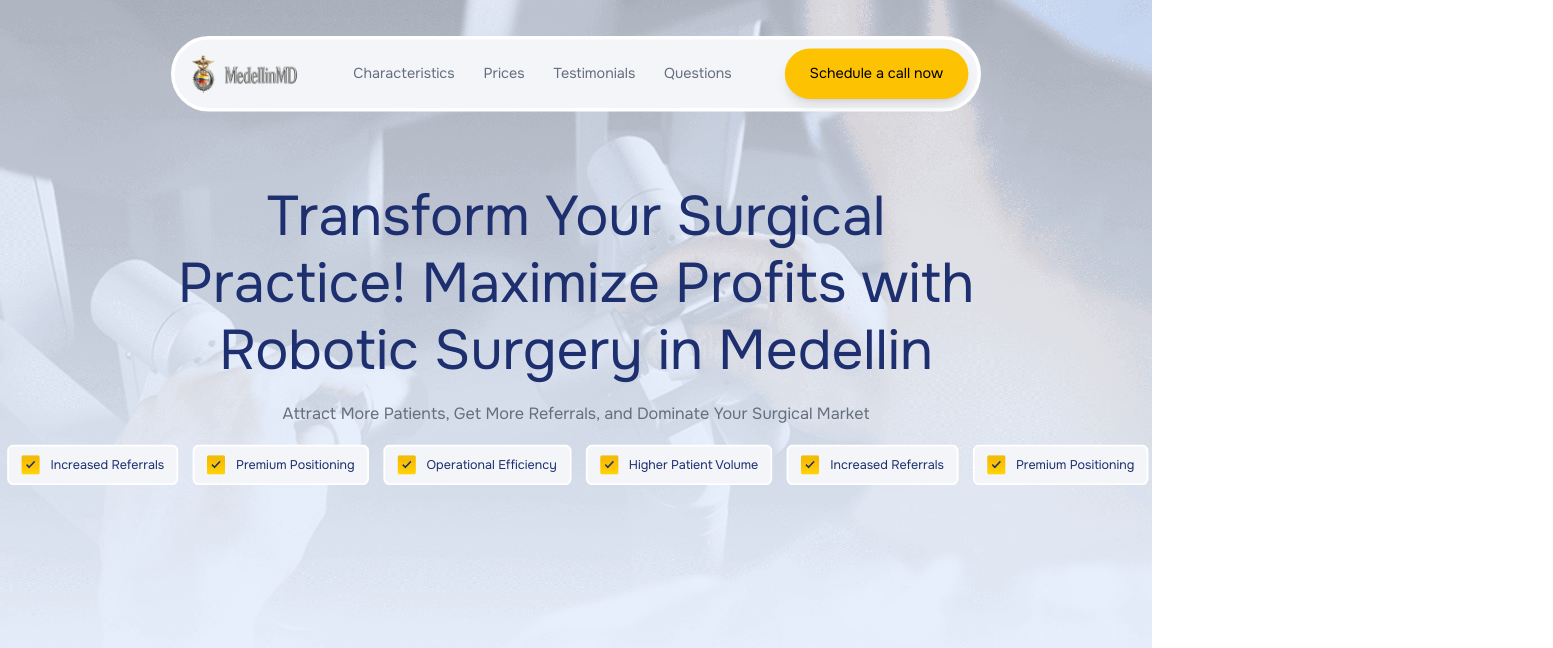
Repository: emmanueltech2019/cmd
Page: /home
An editor plug-in stored every save of this project. The page is shown before and after the next save, followed by the edit.
The browser window is 1280 px wide. The page is 1280 px wide, then 1725 px, so the pictures cover 1725 px, including what lies to the right of the window. The pictures show the whole page, at 90% of full size.
The project was rebuilt for these pictures with package versions that can differ from the ones it lists, and the page was loaded fresh each time. The framework's server and built-in components were replaced by stand-ins that run in the browser. Also part of the build but not shown: next.config.mjs.

Above is the page before, as saved 2025-05-15 16:37:15.

### src/app/home/page.jsx
import React from 'react'
import Image from 'next/image'
import medellinHero from '@/images/jpg/medellinHero.jpg'
import medellinLogo from '@/images/png/medellinLogo.png'
import medellinCheck from '@/images/png/medellinCheck.png'
import SlideView from '../components/SlideView'
import Button from '../components/Button'

const page = () => {
    const slideViewData = [
        { id: 1, text: 'Increased Referrals', image: medellinCheck },
        { id: 2, text: 'Premium Positioning', image: medellinCheck },
        { id: 3, text: 'Operational Efficiency', image: medellinCheck },
        { id: 4, text: 'Higher Patient Volume', image: medellinCheck },
    ];
  return (
    <>
        <div className={`h-screen w-full`}
            style={{
                backgroundImage: `url(${medellinHero.src})`,
                backgroundSize: 'cover',
                backgroundPosition: 'center',
                backgroundRepeat: 'no-repeat',
            }}
        >
            <nav className='py-5'>
                <div className="w-web-navwidth mx-auto bg-web-navwhite backdrop-blur-md p-web-nav-padding flex justify-between items-center rounded-web-radius border-white border-4 my-5">
                    <div className="w-web-logowidth h-web-logoheight flex justify-center items-center">
                        <Image src={medellinLogo} width={100} height={100} alt='medellin logo' className='w-full' />
                    </div>
                    <ul className="flex gap-web-navgap items-center text-navfontsize">
                        <li>
                            <button className='p-web-nav-padding bg-transparent hover:bg-web-blue text-web-navgray hover:text-white transition-all duration-500 rounded-web-navbtnradius'>Characteristics</button>
                        </li>
                        <li>
                            <button className='p-web-nav-padding bg-transparent hover:bg-web-blue text-web-navgray hover:text-white transition-all duration-500 rounded-web-navbtnradius'>Prices</button>
                        </li>
                        <li>
                            <button className='p-web-nav-padding bg-transparent hover:bg-web-blue text-web-navgray hover:text-white transition-all duration-500 rounded-web-navbtnradius'>Testimonials</button>
                        </li>
                        <li>
                            <button className='p-web-nav-padding bg-transparent hover:bg-web-blue text-web-navgray hover:text-white transition-all duration-500 rounded-web-navbtnradius'>Questions</button>
                        </li>
                    </ul>
                    <Button className='bg-web-yellow hover:bg-web-blue py-4 px-7 transition-all duration-500 hover:text-white shadow-lg rounded-web-radius'>Schedule a call now</Button>
                </div>
            </nav>
            <div className="mt-10 w-[100%] md:w-[70%] mx-auto">
                <h1 className="text-center text-web-blue text-webhero-font leading-webhero-lineheight">Transform Your Surgical Practice! Maximize Profits with Robotic Surgery in Medellin</h1>
                <p className='text-websubhero-font text-web-navgray text-center py-5'>Attract More Patients, Get More Referrals, and Dominate Your Surgical Market</p>
            </div>
            <div className="overflow-hidden">
                <div className="flex whitespace-nowrap">
                    {slideViewData.map((item) => (
                        <SlideView key={`a-${item.id}`}>
                            <div className="flex gap-3">
                                <Image src={item.image} alt='medellin check' width={100} height={100} className='w-5' />
                                {item.text}
                            </div>
                        </SlideView>
                    ))}
                    {slideViewData.map((item) => (
                        <SlideView key={`b-${item.id}`}>
                            <div className="flex gap-3">
                                <Image src={item.image} alt='medellin check' width={100} height={100} className='w-5' />
                                {item.text}
                            </div>
                        </SlideView>
                    ))}
                </div>
            </div>
        </div>
    </>
  )
}

export default page

### src/app/globals.css
@import url('https://fonts.googleapis.com/css2?family=Onest:wght@100..900&family=Poppins:ital,wght@0,100;0,200;0,300;0,400;0,500;0,600;0,700;0,800;0,900;1,100;1,200;1,300;1,400;1,500;1,600;1,700;1,800;1,900&display=swap');

*{
  font-family: "Onest", sans-serif;
}

@tailwind base;
@tailwind components;
@tailwind utilities;

@font-face {
  font-family: 'Onset';
  src: url('/src/fonts/Onest-VariableFont_wght.ttf') format('truetype');
  font-weight: 400;
  font-style: normal;
  font-display: swap; /* recommended for better performance */
}

### src/app/components/SlideView.jsx
import React from 'react'

const slideview = ({ children }) => {
  return (
    <div className='p-web-heroslideview bg-web-navwhite border-white border-2 rounded-web-heroslideradius text-web-navfontsize text-web-blue mx-2 flex-shrink-0'>{children}</div>
  )
}

export default slideview

### src/app/components/button.jsx
import React from 'react'

const button = ({children}) => {
  return (
    <button className='bg-web-yellow hover:bg-web-blue py-4 px-7 transition-all duration-500 hover:text-white shadow-lg rounded-web-radius'>{children}</button>
  )
}

export default button

### tailwind.config.js
/** @type {import('tailwindcss').Config} */
export default {
  content: [
    "./index.html",
    "./src/**/*.{js,ts,jsx,tsx}",
  ],
  theme: {
    extend: {
      colors: {
        'web-blue': '#1d2f6f',
        'web-yellow': '#fdc201',
        'web-navwhite': '#f3f5f8',
        'web-navgray': '#646e7d',
      },
      boxShadow: {
        'web-shadow': '#abcbff08 0px 0.602187px 2.28831px 0px,'
      },
      padding: {
        'web-btn-padding': '16px 28px',
        'web-nav-padding': '10px',
        'web-heroslideview': '10px 14px'
      },
      lineHeight: {
        'webhero-lineheight': '74.4px'
      },
      fontSize: {
        'webhero-font': '62px',
        'websubhero-font': '18px',
        'web-navfontsize': '14px'
      },
      width: {
        'web-navwidth': '900px',
        'web-logowidth': '130px',
      },
      height: {
        'web-navheight': '76px',
        'web-logoheight': '56px'
      },
      borderRadius: {
        'web-radius': '99px',
        'web-navbtnradius': '8px',
        'web-heroslideradius': '7px'
      },
      gap: {
        'web-navgap': '12px'
      },
      fontFamily: {
        myFont: ['Onset']
      },
      keyframes: {
        'slide': {
          '0%': { transform: 'translateX(0)' },
          '100%': { transform: 'translateX(-100%)' },
        },
      },
      animation: {
        'slide': 'slide 10s linear infinite',
      },
    },
  },
  plugins: [],
}

Loaded but not shown: src/app/layout.jsx (common file)

After the next save:
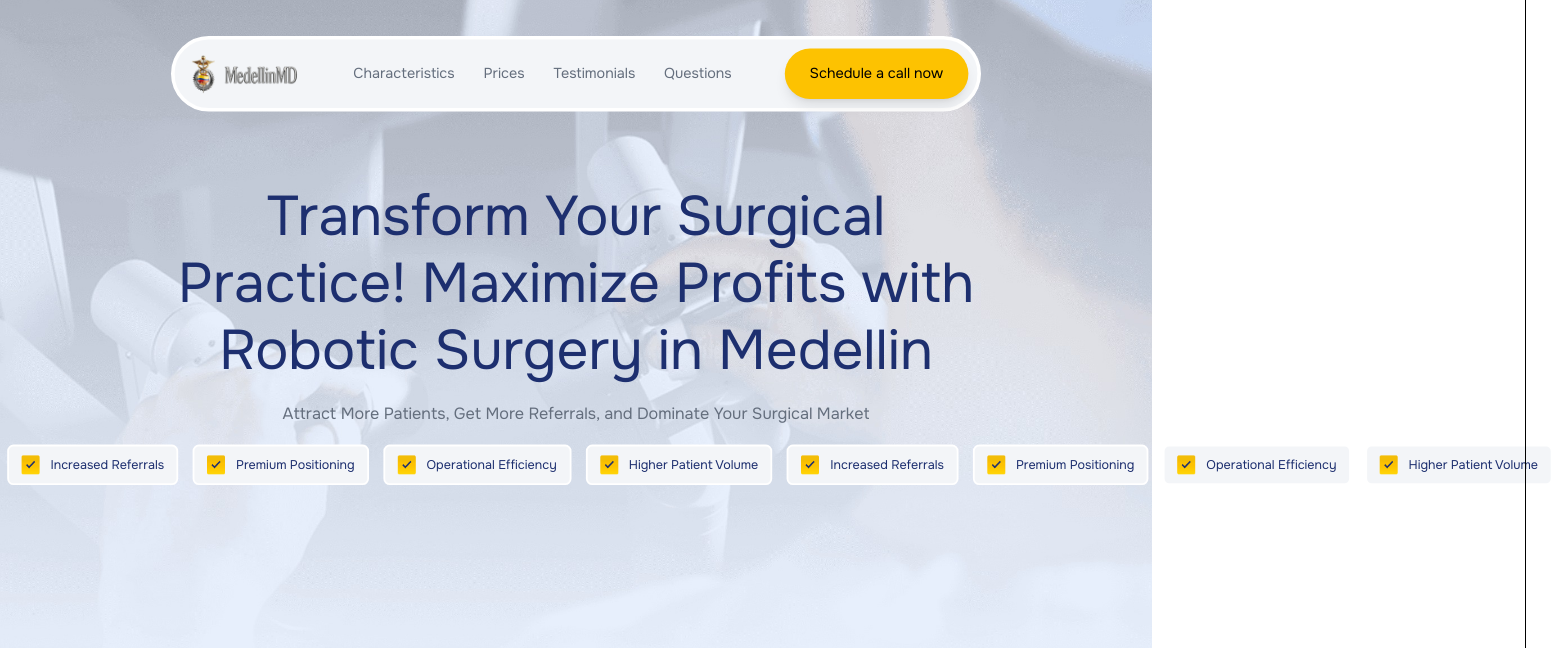
Saved 11 s later.
--- a/src/app/home/page.jsx
+++ b/src/app/home/page.jsx
@@ -49,7 +49,7 @@ const page = () => {
                 <h1 className="text-center text-web-blue text-webhero-font leading-webhero-lineheight">Transform Your Surgical Practice! Maximize Profits with Robotic Surgery in Medellin</h1>
                 <p className='text-websubhero-font text-web-navgray text-center py-5'>Attract More Patients, Get More Referrals, and Dominate Your Surgical Market</p>
             </div>
-            <div className="overflow-hidden">
+            <div className="w-overflow-hidden">
                 <div className="flex whitespace-nowrap">
                     {slideViewData.map((item) => (
                         <SlideView key={`a-${item.id}`}>
